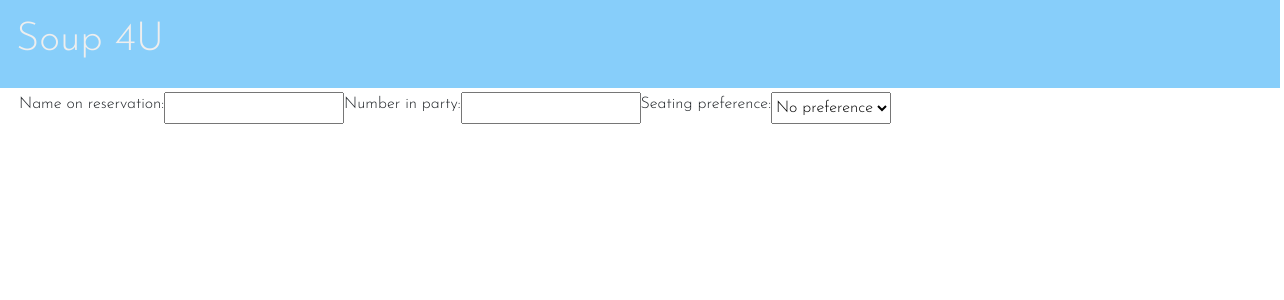
Repository: ionathas78/hotRestaurant
Page: reserve.html
An editor plug-in stored every save of this project. The page is shown before and after the next save, followed by the edit.
The browser window is 1280 px wide. The page is 1284 px wide, so the pictures cover 1284 px, including what lies to the right of the window. The pictures show the whole page.

Above is the page before, as saved 2020-04-15 13:13:30.
Console error: ReferenceError: $ is not defined

After the next save:
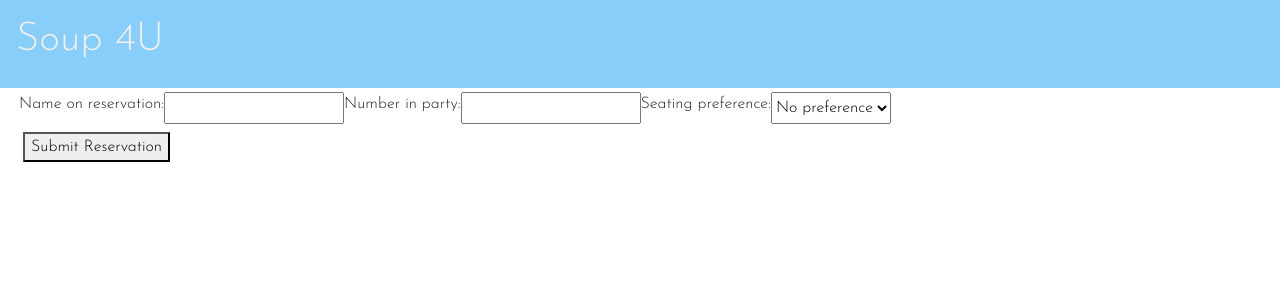
Saved 75 s later.
--- a/reserve.html
+++ b/reserve.html
@@ -37,6 +37,9 @@
                 <option value="4" disabled>Patio seating</option>
             </select>
         </div>
+        <div class="row m-2 col-4">
+            <button type="submit" id="submit-reservation">Submit Reservation</button>
+        </div>
     </main>
 
     <!-- JS goes here -->
